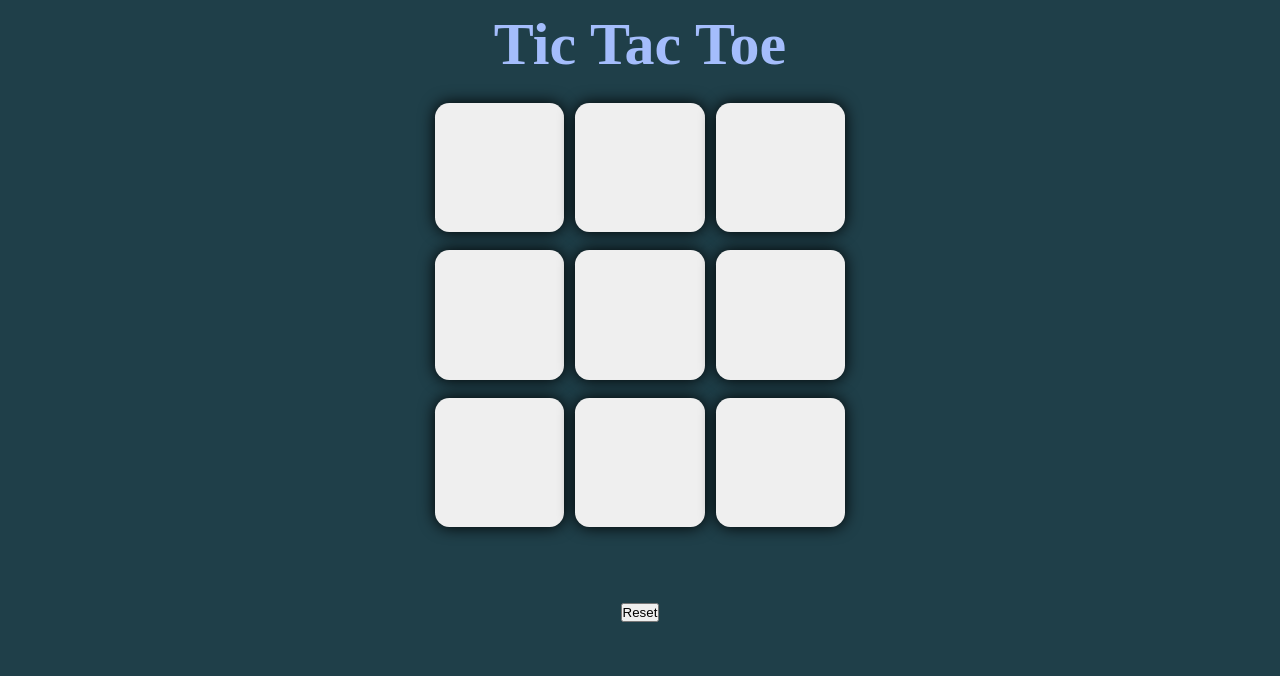
Repository: AreezAnsari/Tic-Tac-Toe
Page: Game/Game.html
The author's editor kept a copy of each file at every save. The page is drawn from the files as they stood at one save, then again after the next save.
The browser window is 1280 px wide. The pictures show the whole page.

Above is the page before, as saved 2025-06-01 06:58:27.
Console error: TypeError: box.addEventListener is not a function

### Game/Game.html
<!DOCTYPE html>
<html lang="en">
<head>
    <meta charset="UTF-8">
    <meta name="viewport" content="width=device-width, initial-scale=1.0">
    <title>Document</title>
    <link rel="stylesheet" href="Game.css">
</head>
<body>
    <main>
        <h1>Tic Tac Toe</h1>
    <div class="container">
        <div class="game">
        <button class="box"></button>
        <button class="box"></button>
        <button class="box"></button>
        <button class="box"></button>
        <button class="box"></button>
        <button class="box"></button>
        <button class="box"></button>
        <button class="box"></button>
        <button class="box"></button>
        </div>
        </div>
        <button class="reset-btn">Reset</button>
    </main>
    <script src="Game.js"></script>
</body>
</html>

### Game/Game.css
*{
    margin: 0;
    padding: 0;
}

body{
    text-align: center;
    background-color: #1F3F49;
}
h1{
    color: #A4BDFC;
    margin-top: 10px;
    padding-bottom: 20px;
    font-size: 60px;
}
.container{
    text-align: center;
    height: 70vh;
    display: flex;
    justify-content: center;
}
.game
{
    height: 60vmin;
    width: 60vmin;
    gap: 1.5vmin;
    display: flex;
    flex-wrap: wrap;
    align-items: center;
    justify-content: center;
}
.box{
    height: 18vmin;
    width: 18vmin;
    font-weight: bolder;
    font-size: xx-large;
    border: none;
    border-radius: 2vmin;
    box-shadow: 0 0 1rem rgb(0, 0, 1);
}
.box:hover {
  color: #ff0000;
  transform: translateY(-2px);
}
.box:active {
transform: scale(0.98);
}
.btn{
    margin-top: -10vmin;
    align-items: center;
    padding: 1vmin;
    font-size: 2.5vmin;
    font-weight: bold;
    background-color: black;
    color: white;
    border-radius: 1vmin;
    width: 20vmin;
    height: 7vmin;
}
.btn:hover {
  color: #a5f3fc;
  transform: translateY(-2px);
}
.btn:active {
transform: scale(0.98);
}

### Game/Game.js
let box = document.querySelectorAll(".box");
let button = document.querySelector("button");
let container = document.querySelector(".container");

let value = "X";

const btn = () => {
  if (value === "X") {
    button.innerHTML = "Y";
    Value = "Y";
  } else {
    button.innerText = "X";
    Value = "X";
  }
};

box.addEventListener("click", btn);

After the next save:
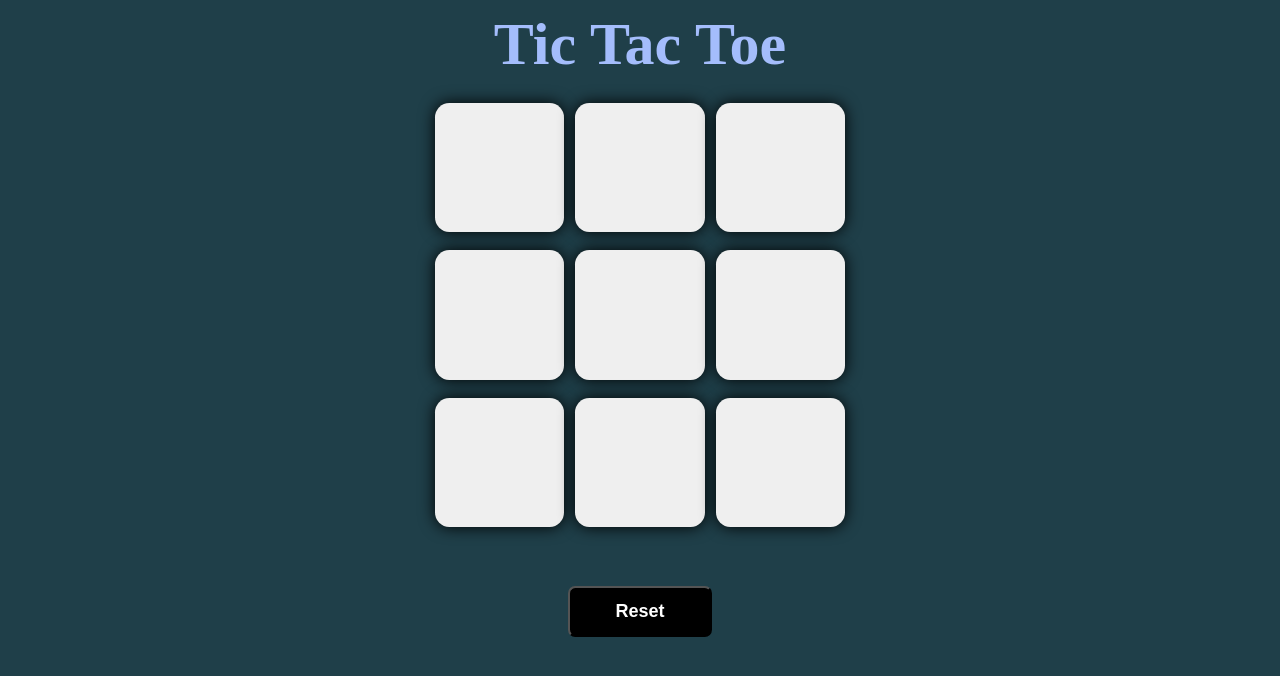
Saved 41 min 53 s later.
--- a/Game/Game.css
+++ b/Game/Game.css
@@ -45,7 +45,7 @@
 .box:active {
 transform: scale(0.98);
 }
-.btn{
+.reset-btn{
     margin-top: -10vmin;
     align-items: center;
     padding: 1vmin;
